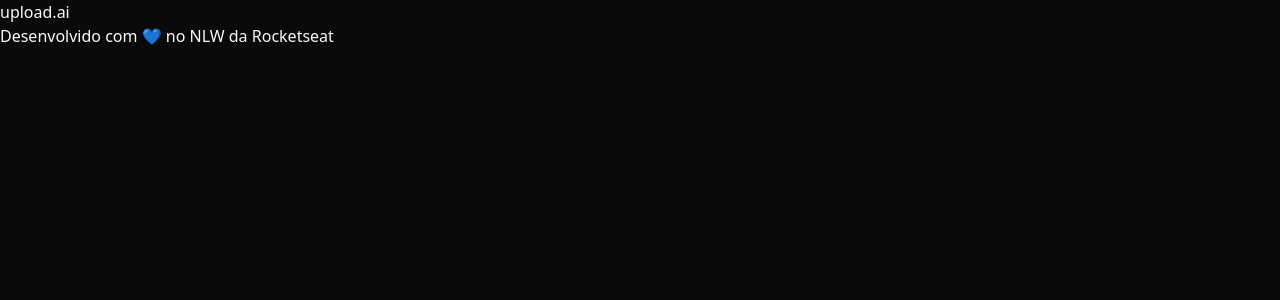
Repository: ricardolimati/upload-ai-web
Page: /
An editor plug-in stored every save of this project. The page is shown before and after a run of saves, followed by the edit.
The browser window is 1280 px wide. The pictures show the whole page.
The project was rebuilt for these pictures with package versions that can differ from the ones it lists, and the page was loaded fresh each time. Also part of the build but not shown: vite.config.ts.

Above is the page before, as saved 2023-09-11 23:05:11.

### src/App.tsx
import { Button } from "./components/ui/button";

export function App() {
  return(
   <div>
    <div>
      <h1>upload.ai</h1>
      <div>
        <span>Desenvolvido com 💙 no NLW da Rocketseat</span>
      </div>
    </div>
   </div>
  )
}

### src/index.css
@tailwind base;
@tailwind components;
@tailwind utilities;

@layer base {
  :root {
    --background: 0 0% 3.9%;
    --foreground: 0 0% 98%;
    --card: 0 0% 3.9%;
    --card-foreground: 0 0% 98%;
    --popover: 0 0% 3.9%;
    --popover-foreground: 0 0% 98%;
    --primary: 0 72.2% 50.6%;
    --primary-foreground: 0 85.7% 97.3%;
    --secondary: 0 0% 14.9%;
    --secondary-foreground: 0 0% 98%;
    --muted: 0 0% 14.9%;
    --muted-foreground: 0 0% 63.9%;
    --accent: 0 0% 14.9%;
    --accent-foreground: 0 0% 98%;
    --destructive: 0 62.8% 30.6%;
    --destructive-foreground: 0 0% 98%;
    --border: 0 0% 14.9%;
    --input: 0 0% 14.9%;
    --ring: 0 72.2% 50.6%;

    --radius: 0.5rem;
  }
}

@layer base {
  * {
    @apply border-border;
  }
  body {
    @apply bg-background text-foreground;
  }
}

Loaded but not shown: index.html (common file); src/main.tsx (common file); tailwind.config.js (common file)

After the next 2 saves:
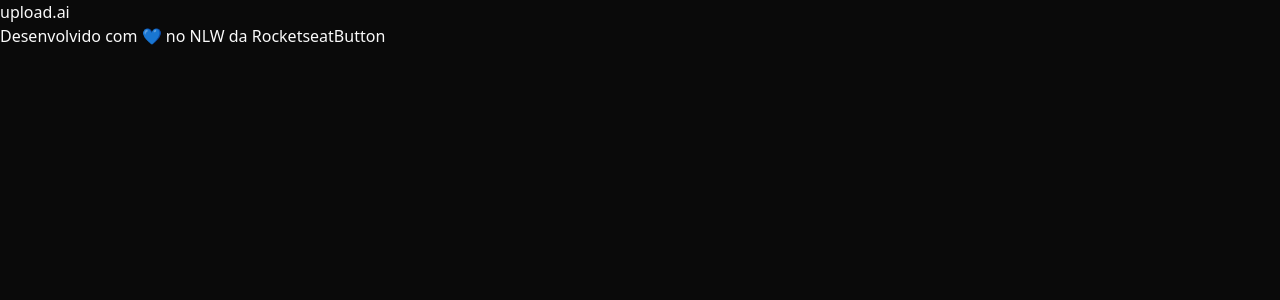
The 2 saves are shown as one change because they came seconds apart.
The last was saved 13 s later.
--- a/src/App.tsx
+++ b/src/App.tsx
@@ -7,6 +7,7 @@ export function App() {
       <h1>upload.ai</h1>
       <div>
         <span>Desenvolvido com 💙 no NLW da Rocketseat</span>
+        Button
       </div>
     </div>
    </div>
